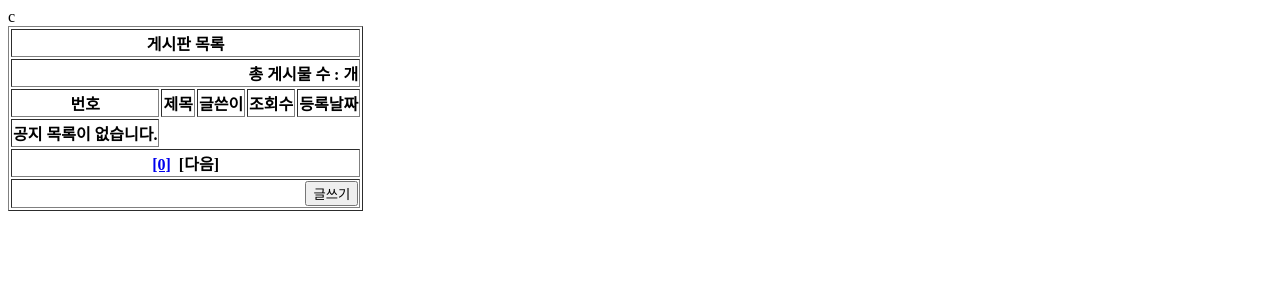
Repository: HyeokCheolHong/SpringBoot
Page: http://localhost/Spring_Mvc/WEB-INF/views/gongji/gongji_teacher_list.jsp
An editor plug-in stored every save of this project. The page is shown before and after a run of saves, followed by the edit.
The browser window is 1280 px wide. The pictures show the whole page.
The page is served by Tomcat 10. Nobody is signed in. Other server files are loaded and not shown. The template is opened directly, without the code that normally fills it, so the values that code supplies are empty.

Above is the page before, as saved 2024-12-05 04:07:45.

### Spring_Mvc/src/main/webapp/WEB-INF/views/gongji/gongji_teacher_list.jsp
c<!-- 2024-11-28 게시판 작성 코드 -->
<%@ page contentType="text/html; charset=UTF-8"%>
<%@ taglib prefix="c" uri="http://java.sun.com/jsp/jstl/core" %>
<%@ taglib prefix="fn" uri="http://java.sun.com/jsp/jstl/functions" %>
<!DOCTYPE html>
<html>
	<head>
		<meta charset="UTF-8">
		<title>스프링 게시판 목록</title>

		<!-- 2024-12-04 댓글추가 코드관련 스타일 -->
		<style>
			strong.listReply_count{
				color:red;
				background:yellow;
				font-size:12px;
				border-radius:7px;
				padding:1px;
				box-shadow:2px 2px 2px orange;
			}
		</style>

	</head>
	<body>
		<table border="1">
			<tr>
				<th colspan="5'">게시판 목록</th>
			</tr>
			<tr>
				<th colspan="5" align="right">총 게시물 수 : <strong>${totalCount}</strong> 개</th>
			</tr>
			<tr>
				<th>번호</th><th>제목</th><th>글쓴이</th><th>조회수</th><th>등록날짜</th>
			</tr>
			<c:if test="${!empty glist}">
				<c:forEach var="b" items="${glist}">
					<tr>
						<th>${g.gno}</th>
						<!-- <td style="padding-left:10px;"><b>${b.title}</b></td> -->
						<!-- 2024-11-29 작성 게시판 제목 하이퍼링크 추가 -->
						<td style="padding-left:10px;">
							<b><a href="//gongji_teacher_cont?gno=${g.gno}&page=${page}">${g.gtitle}</a></b>
							<!-- gongji_teacher_cont?gno=번호&page=쪽번호 &기호로 구분해서 gno와 page 각 파라미터 이름에 값을 담아서 get방식으로 전달한다. -->
							<!-- page=쪽번호를 전달하는 이유는 페이징 목록에서 책갈피 기능 구현 때문이다. -->

						</td>
						<th>${g.name}</th>
						<th>${g.hit}</th>
						<th>${fn:substring(g.gdate,0,10)}</th>
						<%-- 0이상 10미만 (글자) 사이의 년월일만 반환 --%>
					</tr>
				</c:forEach>
			</c:if>
			<c:if test="${empty blist}">
				<tr>
					<th colspant="5">공지 목록이 없습니다.</th>
				</tr>
			</c:if>

			<%-- 페이징 쪽번호 출력부분 --%>
			<tr>
				<th colspan="5">
					<c:if test="${page <=1}">
						[이전]&nbsp;
					</c:if>
					<c:if test="${page >1}">
						<a href="/gongji/gongji_teacher_list?page=${page-1}">[이전]</a>&nbsp;
					</c:if>

					<%-- 쪽번호 출력 --%>
					<c:forEach var="a" begin="${startpage}" end="${endpage}" step="1">
						<c:if test="${a == page}">
						<%-- 현재 쪽 번호가 선택 된경우 --%>
							<${a}>
						</c:if>
						<c:if test="${a != page}">
						<%-- 현재 쪽 번호가 선택 안 된경우 --%>
							<a href="/gongji/gongji_teacher_list?page=${a}">[${a}]</a>&nbsp;
						</c:if>
					</c:forEach>

					<c:if test="${page >= maxpage}">
						[다음]
					</c:if>
					<c:if test="${page < maxpage}">
						<a href="/gongji/gongji_teacher_list?page=${page+1}">[다음]</a>
					</c:if>
				</th>
			</tr>


			<tr>
				<td colspan="5" align="right">
					<!-- <button type="button" onClick="location='/board/board_write';">글쓰기</button> -->
					<%-- 자바스크립트 location 객체에 의해서 이동하는 방식은 get이다 --%>

					<!-- 2024-11-29 게시판리스트 책갈피 기능 추가를 위한 코드 -->
					<button type="button" onClick="location='/gongji/gongji_teacher_write?page=${page}';">글쓰기</button>
					<!-- ?page=${page}이 get방식으로 쪽번호를 전달하는 이유는 페이징 목록에서 내가 본 쪽번호로 바로 이동하기 위한 책갈피 기능을 구현하기 위해서 이다. -->
				</td>
			</tr>
		</table>
	</body>
</html>

After the next 5 saves:
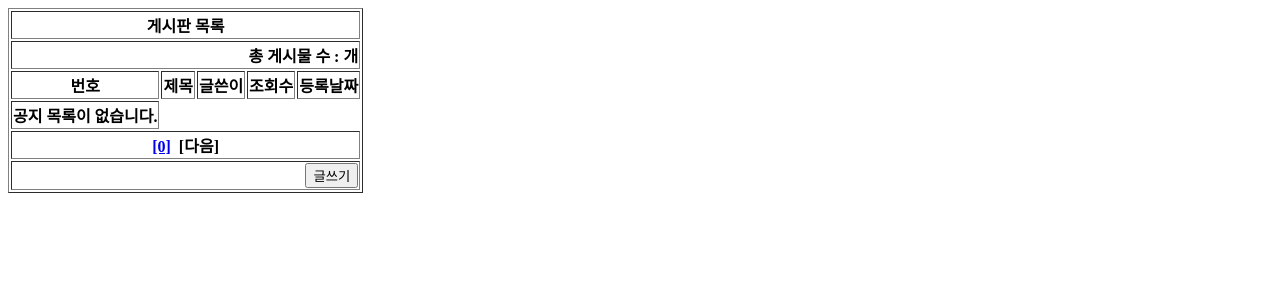
The 5 saves are shown as one change because they came seconds apart.
The last was saved 17 s later.
--- a/Spring_Mvc/src/main/webapp/WEB-INF/views/gongji/gongji_teacher_list.jsp
+++ b/Spring_Mvc/src/main/webapp/WEB-INF/views/gongji/gongji_teacher_list.jsp
@@ -1,4 +1,3 @@
-c<!-- 2024-11-28 게시판 작성 코드 -->
 <%@ page contentType="text/html; charset=UTF-8"%>
 <%@ taglib prefix="c" uri="http://java.sun.com/jsp/jstl/core" %>
 <%@ taglib prefix="fn" uri="http://java.sun.com/jsp/jstl/functions" %>
@@ -7,8 +6,6 @@ c<!-- 2024-11-28 게시판 작성 코드 -->
 	<head>
 		<meta charset="UTF-8">
 		<title>스프링 게시판 목록</title>
-
-		<!-- 2024-12-04 댓글추가 코드관련 스타일 -->
 		<style>
 			strong.listReply_count{
 				color:red;
@@ -37,7 +34,6 @@ c<!-- 2024-11-28 게시판 작성 코드 -->
 					<tr>
 						<th>${g.gno}</th>
 						<!-- <td style="padding-left:10px;"><b>${b.title}</b></td> -->
-						<!-- 2024-11-29 작성 게시판 제목 하이퍼링크 추가 -->
 						<td style="padding-left:10px;">
 							<b><a href="//gongji_teacher_cont?gno=${g.gno}&page=${page}">${g.gtitle}</a></b>
 							<!-- gongji_teacher_cont?gno=번호&page=쪽번호 &기호로 구분해서 gno와 page 각 파라미터 이름에 값을 담아서 get방식으로 전달한다. -->
@@ -91,10 +87,7 @@ c<!-- 2024-11-28 게시판 작성 코드 -->
 
 			<tr>
 				<td colspan="5" align="right">
-					<!-- <button type="button" onClick="location='/board/board_write';">글쓰기</button> -->
 					<%-- 자바스크립트 location 객체에 의해서 이동하는 방식은 get이다 --%>
-
-					<!-- 2024-11-29 게시판리스트 책갈피 기능 추가를 위한 코드 -->
 					<button type="button" onClick="location='/gongji/gongji_teacher_write?page=${page}';">글쓰기</button>
 					<!-- ?page=${page}이 get방식으로 쪽번호를 전달하는 이유는 페이징 목록에서 내가 본 쪽번호로 바로 이동하기 위한 책갈피 기능을 구현하기 위해서 이다. -->
 				</td>
